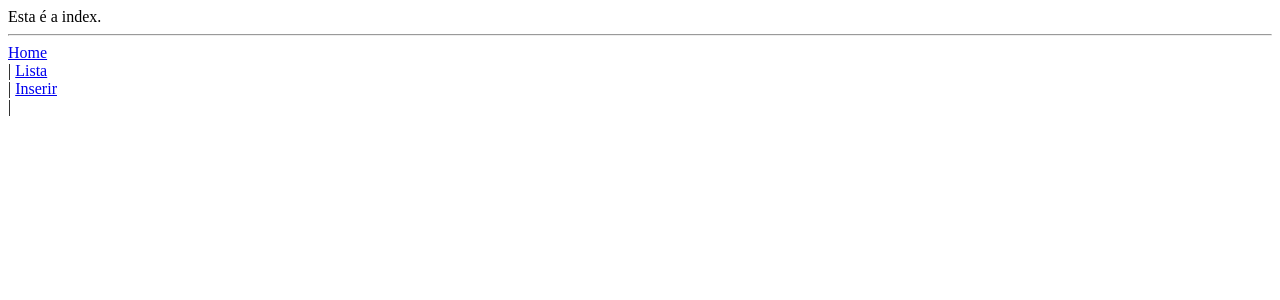
Repository: vivian-nakano/Projetos-Spring
Page: webmvc/src/main/resources/static/index.html
An editor plug-in stored every save of this project. The page is shown before and after the next save, followed by the edit.
The browser window is 1280 px wide. The pictures show the whole page.

Above is the page before, as saved 2020-11-03 11:59:01.

After the next save:
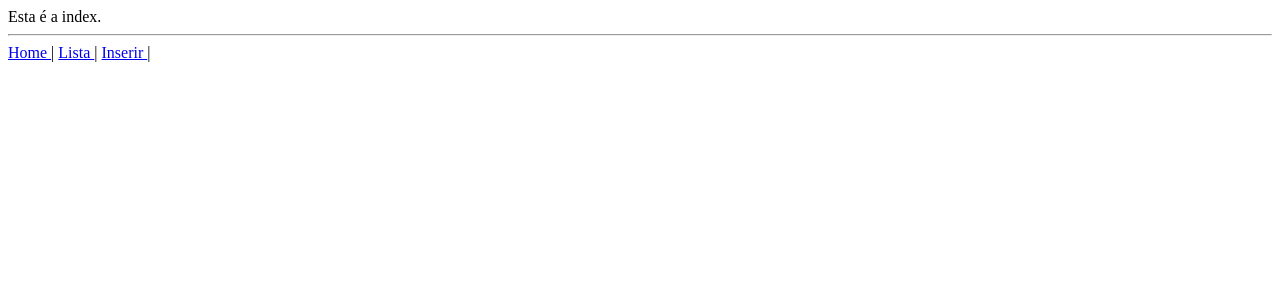
Saved 4 min 59 s later.
--- a/webmvc/src/main/resources/static/index.html
+++ b/webmvc/src/main/resources/static/index.html
@@ -7,9 +7,9 @@
 <body>
 
 	Esta é a index. <hr>
-	<a href = "index.html"> Home </a><br> |
-	<a href = "lista.html"> Lista </a><br> |
-	<a href = "inserir.html"> Inserir </a><br> |
+	<a href = "index.html"> Home </a> |
+	<a href = "lista.html"> Lista </a> |
+	<a href = "inserir.html"> Inserir </a> |
 
 </body>
 </html>
